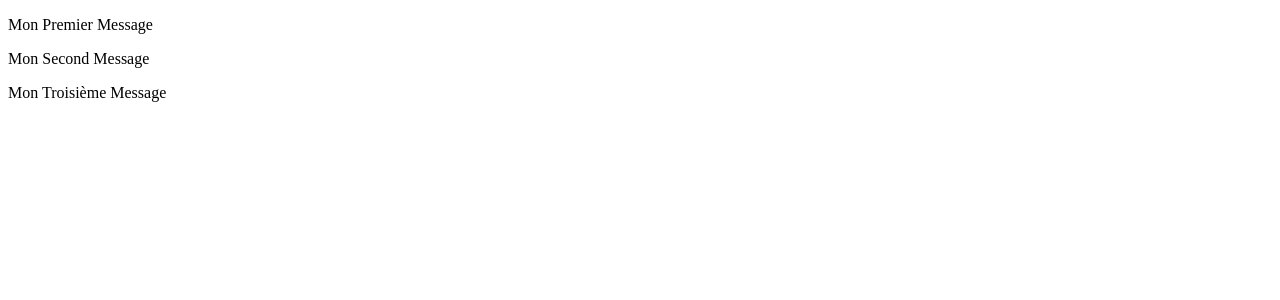
Repository: Symfomany/demoredux
Page: /, after clicking the first element matching `button`
These files come from the project's save history. The page is drawn as it stood at one moment and after the next save; the edit follows.
The browser window is 1280 px wide. The pictures show the whole page.
The project was rebuilt for these pictures with package versions that can differ from the ones it lists, and the page was loaded fresh each time.

Above is the page before, as saved 2018-06-29 07:41:02.

After the next save:
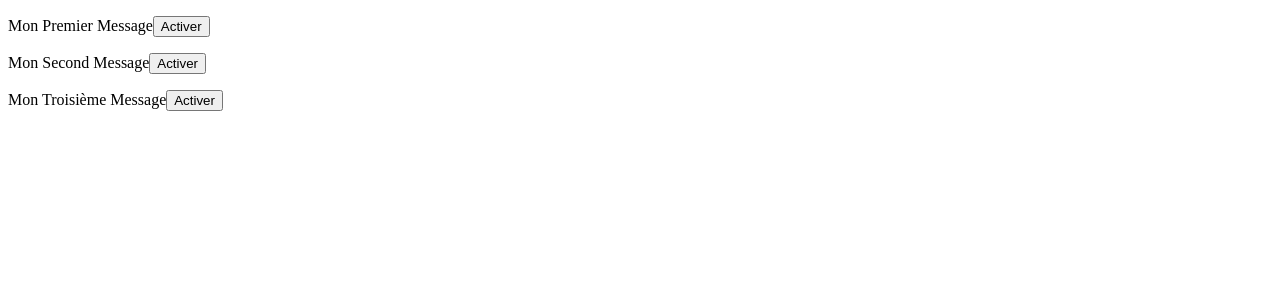
Saved 52 s later.
--- a/src/components/Messages.js
+++ b/src/components/Messages.js
@@ -10,7 +10,10 @@ class Messages extends Component {
       <div>
         {this.props.messages.length > 0 ? (
           this.props.messages.map(message => (
-            <p key={message.id}>{message.content}</p>
+            <p key={message.id}>
+              {message.content}
+              <button onClick={this.props.charger}>Activer</button>
+            </p>
           ))
         ) : (
           <div>
